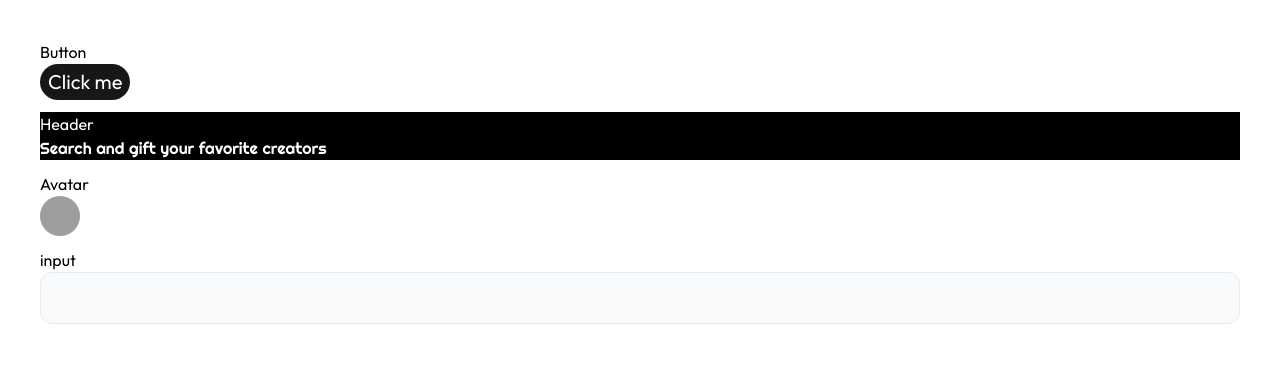
Repository: felixdusengimana/capstone-project-mirror
Page: /components (app in frontend/)
These files come from the project's save history. The page is drawn as it stood at one moment and after the next save; the edit follows.
The browser window is 1280 px wide. The pictures show the whole page.
Pictures or frames that could not be fetched are drawn as grey boxes. The project was rebuilt for these pictures with package versions that can differ from the ones it lists, and the page was loaded fresh each time. The framework's server and built-in components were replaced by stand-ins that run in the browser. Also part of the build but not shown: frontend/next.config.mjs, frontend/components/atoms/Icon.tsx.

Above is the page before, as saved 2024-03-11 11:20:46.

After the next save:
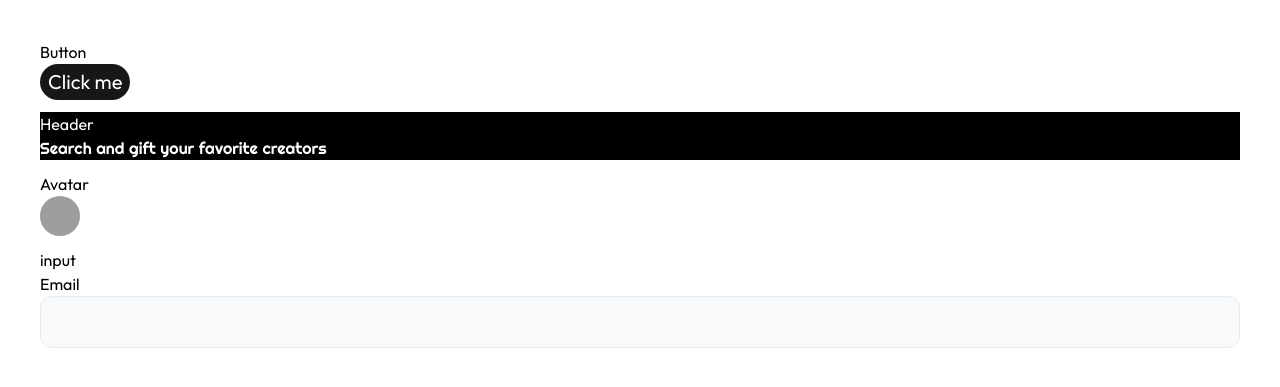
Saved 10 s later.
--- a/frontend/app/components/page.tsx
+++ b/frontend/app/components/page.tsx
@@ -23,7 +23,7 @@ export default function page() {
       </div>
       <div>
         <h1>input</h1>
-        <Input />
+        <Input label="Email" />
       </div>
     </div>
   );
